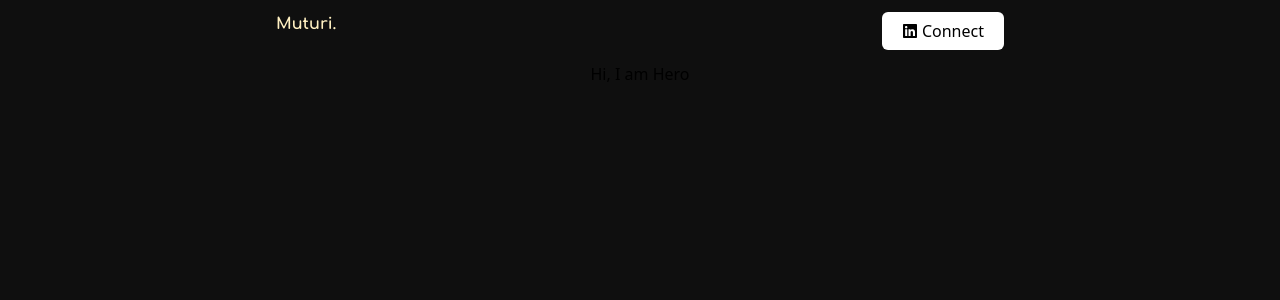
Repository: tushcmd/tushdev-portfolio
Page: /
An editor plug-in stored every save of this project. The page is shown before and after the next save, followed by the edit.
The browser window is 1280 px wide. The pictures show the whole page.
The project was rebuilt for these pictures with package versions that can differ from the ones it lists, and the page was loaded fresh each time. The framework's server and built-in components were replaced by stand-ins that run in the browser. Also part of the build but not shown: next.config.js.

Above is the page before, as saved 2023-12-13 14:16:46.

After the next save:
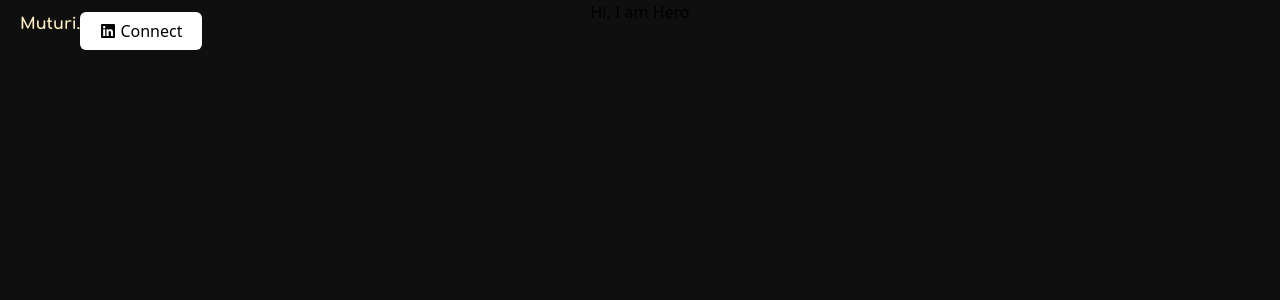
Saved 39 s later.
--- a/app/page.tsx
+++ b/app/page.tsx
@@ -5,7 +5,9 @@
 export default function Page() {
   return (
     <main>
-      <Navbar />
+      <div className='fixed'>
+        <Navbar />
+      </div>
       <Hero />
     </main>
   );

After the save that followed:
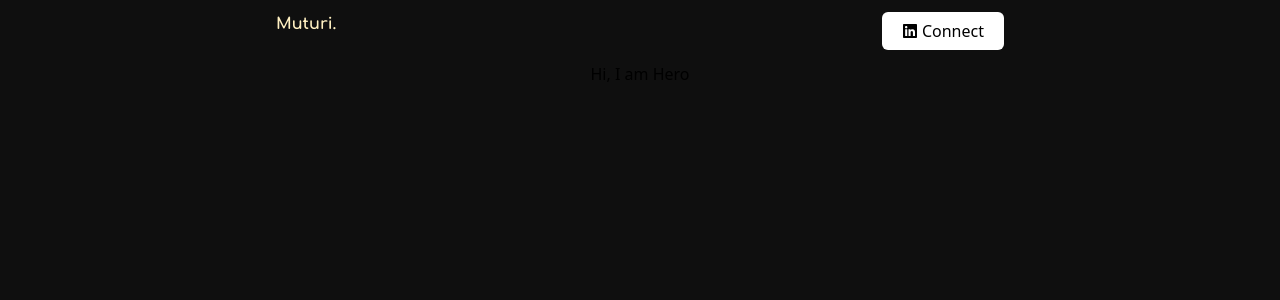
Saved 13 s later.
--- a/app/page.tsx
+++ b/app/page.tsx
@@ -5,9 +5,7 @@
 export default function Page() {
   return (
     <main>
-      <div className='fixed'>
-        <Navbar />
-      </div>
+      <Navbar />
       <Hero />
     </main>
   );
